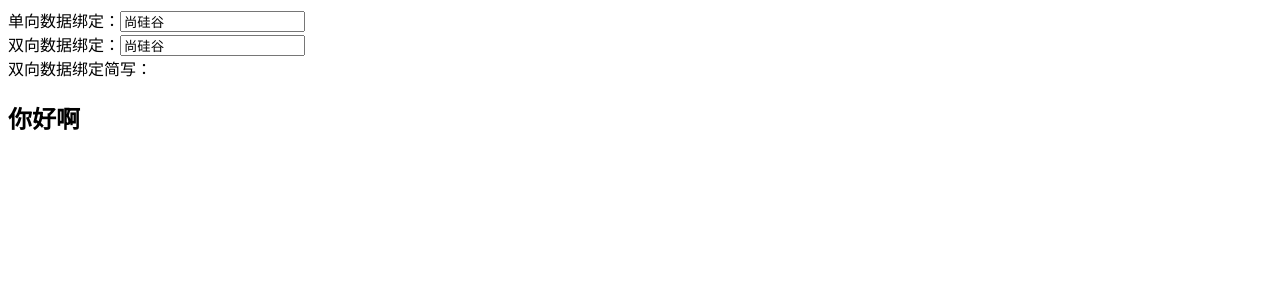
Repository: Lconfident/Learning_Process
Page: Vue/vue_basic/03_数据绑定/数据绑定.html
These files come from the project's save history. The page is drawn as it stood at one moment and after the next save; the edit follows.
The browser window is 1280 px wide. The pictures show the whole page.

Above is the page before, as saved 2023-07-16 09:48:26.

### Vue/vue_basic/03_数据绑定/数据绑定.html
<!DOCTYPE html>
<html lang="en">
<head>
    <meta charset="UTF-8">
    <meta name="viewport" content="width=device-width, initial-scale=1.0">
    <title>Doc</title>
    <!-- 引入Vue -->
    <script type="text/javascript" src="../../js/vue.js"></script>
</head>
<body>
    <!-- 准备好一个容器 -->
    <div id="root">
        单向数据绑定：<input type="text" v-bind:value="name"><br>
        双向数据绑定：<input type="text" v-model:value="name"><br>
        双向数据绑定简写：

        <!-- 如下代码是错误的，因为v-model指令只能应用在表单类元素（输入类元素）上 -->
        <h2 v-model:x="name">你好啊</h2>
    </div>

    <script type="text/javascript">
        new Vue({
            el:'#root',
            data:{
                name:'尚硅谷'
            }
        })
    </script>
</body>
</html>

Loaded but not shown: Vue/js/vue.js (library)

After the next save:
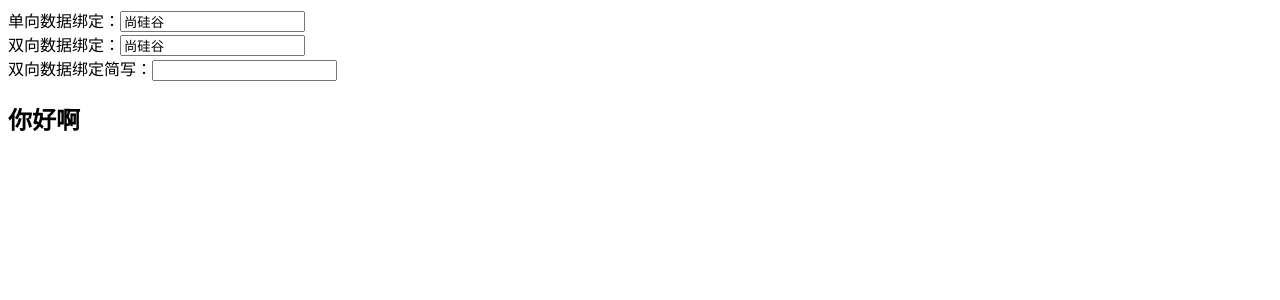
Saved 5 s later.
--- a/Vue/vue_basic/03_数据绑定/数据绑定.html
+++ b/Vue/vue_basic/03_数据绑定/数据绑定.html
@@ -12,7 +12,7 @@
     <div id="root">
         单向数据绑定：<input type="text" v-bind:value="name"><br>
         双向数据绑定：<input type="text" v-model:value="name"><br>
-        双向数据绑定简写：
+        双向数据绑定简写：<input type="text" name="" id="">
 
         <!-- 如下代码是错误的，因为v-model指令只能应用在表单类元素（输入类元素）上 -->
         <h2 v-model:x="name">你好啊</h2>
